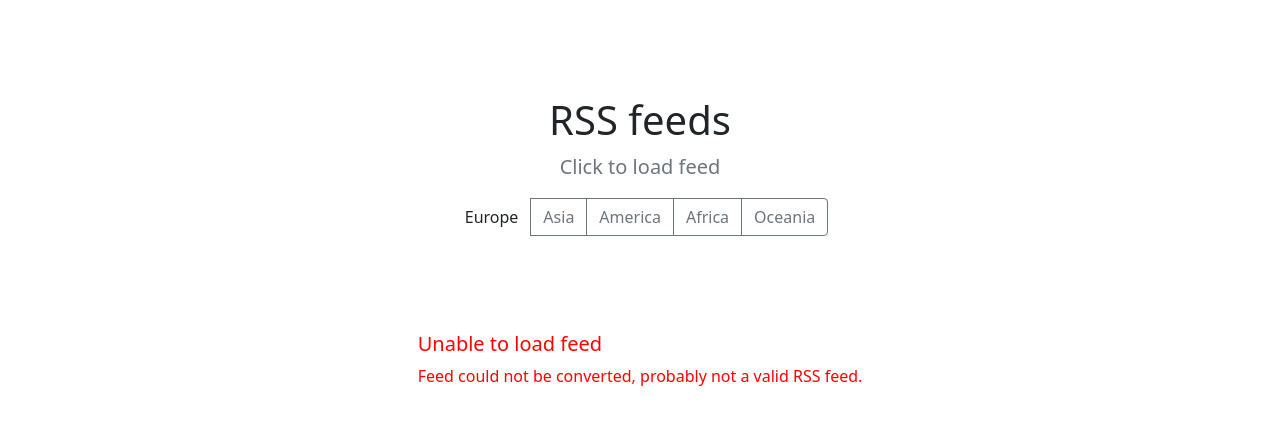
Repository: lilit1121/Templating-DOM-manipulation-and-data-processing
Page: americas.html
The author's editor kept a copy of each file at every save. The page is drawn from the files as they stood at one save, then again after a run of saves.
The browser window is 1280 px wide. The pictures show the whole page.
The page's requests for data from a server got no answer.

Above is the page before, as saved 2023-02-09 16:13:11.

### americas.html
<!DOCTYPE html>
<html lang="en">
   <head>
    <meta charset="UTF-8" />
    <meta http-equiv="X-UA-Compatible" content="IE=edge" />
    <meta name="viewport" content="width=device-width, initial-scale=1.0" />
    <link rel="stylesheet" href="styles.css" />
    <link
      href="https://cdn.jsdelivr.net/npm/bootstrap@5.0.2/dist/css/bootstrap.min.css"
      rel="stylesheet"
      integrity="sha384-EVSTQN3/azprG1Anm3QDgpJLIm9Nao0Yz1ztcQTwFspd3yD65VohhpuuCOmLASjC"
      crossorigin="anonymous"
    />
    <script
      src="https://cdn.jsdelivr.net/npm/bootstrap@5.0.2/dist/js/bootstrap.bundle.min.js"
      integrity="sha384-MrcW6ZMFYlzcLA8Nl+NtUVF0sA7MsXsP1UyJoMp4YLEuNSfAP+JcXn/tWtIaxVXM"
      crossorigin="anonymous"
    ></script>
    <title>Templating, DOM manipulation and data processing</title>
  </head>
  <body>
    <section class="py-5 text-center container">
      <div class="row py-lg-5">
        <div class="col-lg-6 col-md-8 mx-auto">
          <h1 class="fw-light">RSS feeds</h1>
          <p class="lead text-muted">Click to load feed</p>
          <div class="btn-group">
            <a href="./europe.html#" class="btn ">Europe</a>
            <a href="./asia.html#" class="btn btn-outline-secondary">Asia</a>
            <a href="./americas.html#" class="btn btn-outline-secondary"
              >America</a
            >
            <a href="./africa.html#" class="btn btn-outline-secondary"
              >Africa</a
            >
            <a href="./oceania.html#" class="btn btn-outline-secondary"
              >Oceania</a
            >
          </div>
        </div>
      </div>
    </section>


    <!-- Loading state UI -->
    <div id="loadding" class="visually-hidden">
      <svg
      xmlns="http://www.w3.org/2000/svg"
      xmlns:xlink="http://www.w3.org/1999/xlink"
      style="margin: auto; background: #fff; display: block"
      width="200px"
      height="200px"
      viewBox="0 0 100 100"
      preserveAspectRatio="xMidYMid"
    >
      <circle
        cx="50"
        cy="50"
        r="32"
        stroke-width="8"
        stroke="#416cff"
        stroke-dasharray="50.26548245743669 50.26548245743669"
        fill="none"
        stroke-linecap="round"
      >
        <animateTransform
          attributeName="transform"
          type="rotate"
          repeatCount="indefinite"
          dur="1s"
          keyTimes="0;1"
          values="0 50 50;360 50 50"
        ></animateTransform>
      </circle>
    </svg>
  </div>

    <!-- Error state UI -->
    <div id="error">
      <div>
      <h5>Unable to load feed</h5>
      <!-- Show error message, if applicable -->
      Feed could not be converted, probably not a valid RSS feed.<br />
    </div>
  </div>
    <!-- Pagination -->
    <div  id="main_container" class="container">
    <section class="py-5 text-center container">
      <div class="row py-lg-5">
        <nav>
          <ul class="pagination">
            <li class="page-item disabled">
              <a class="page-link">Previous</a>
            </li>
            <li class="page-item active">
              <a class="page-link" href="#">1</a>
            </li>
            <li class="page-item">
              <a class="page-link" href="#">2</a>
            </li>
            <li class="page-item"><a class="page-link" href="#">3</a></li>
            <li class="page-item">
              <a class="page-link" href="#">Next</a>
            </li>
          </ul>
        </nav>
      </div>
    </section>

      <!-- Feed (Show no more than 5 posts per page) -->
      <div
       id="content_section"
        class="row row-cols-1 row-cols-sm-2 row-cols-md-3 g-3"
      ></div>


    <!-- Pagination -->
    <section class="py-5 text-center container">
      <div class="row py-lg-5">
        <nav>
          <ul class="pagination">
            <li class="page-item disabled">
              <a class="page-link">Previous</a>
            </li>
            <li class="page-item active">
              <a class="page-link" href="#">1</a>
            </li>
            <li class="page-item">
              <a class="page-link" href="#">2</a>
            </li>
            <li class="page-item"><a class="page-link" href="#">3</a></li>
            <li class="page-item">
              <a class="page-link" href="#">Next</a>
            </li>
          </ul>
        </nav>
      </div>
    </div>
    </section>
    <script src="./script.js"></script>
  </body>
</html>

### styles.css

.card-text {
    display: -webkit-box;
    -webkit-box-orient: vertical;
    -webkit-line-clamp: 4;
    overflow: hidden;
  }
#error{
  display: none;
  justify-content: center;
  color: red;
}

### script.js
const main_container = document.getElementById("main_container");
const content_section = document.getElementById("content_section");
const page_item = document.querySelectorAll(".page-item");
const loadding = document.getElementById("loadding");
const error = document.getElementById("error");
let countriesData;
let sliceStart = 0;
let currentPage = 1;



page_item.forEach((el) => {
  el.addEventListener("click", (event) => {
    changePage(event);
  });
});

function changePage(e) {
  if (e.target.innerText === "Next" && sliceStart < 10) {
    sliceStart += 5;
    currentPage = (sliceStart - 5) / 5 + 2;
  } else if (e.target.innerText === "Previous" && sliceStart > 0) {
    sliceStart -= 5;
    currentPage = (sliceStart + 5) / 5;
  } else if (
    e.target.innerText === "1" ||
    e.target.innerText === "2" ||
    e.target.innerText === "3"
  ) {
    currentPage = +e.target.innerText;
    sliceStart = (+e.target.innerText - 1) * 5;
  }
  page_item.forEach((el) => {
    el.classList.remove("active");
    el.classList.remove("disabled");
    if (currentPage === +el.innerText) el.classList.add("active");
    else if (currentPage === 1 && el.innerText === "Previous")
      el.classList.add("disabled");
    else if (currentPage === 3 && el.innerText === "Next")
      el.classList.add("disabled");
  });
  showCountrys(countriesData, sliceStart);
}

function showCountrys(countriesData, sliceStart) {
  let countrys = countriesData.slice(sliceStart, sliceStart + 5);
  content_section.innerHTML = "";
  for (let i = 0; i < countrys.length; i++) {
    content_section.innerHTML += `<div id="content_section" class="col">
    <div class="card shadow-sm">
      <img src=${countrys[i].flags.png} />
      <div class="card-body">
        <h4>
          Country: ${countrys[i].name.official}
        </h4>
        <h5>
          Country: ${countrys[i].capital ? countrys[i].capital[0] : undefined}
        </h5>
        <p class="card-text">
          <small
            >Population: ${countrys[i].population}</small
          >
        </p>
        <p><a href="#">Read more &rarr;</a></p>
        <div class="d-flex justify-content-between align-items-center">
          <!-- Format date appropriately as per browser/device region format -->
          <small class="text-muted">Dec 10, 2021</small>
        </div>
      </div>
    </div>
    </div>  `;
  }
}

(async function getCountriesDataByRegion() {
  loadding.style.display = "contents";
  main_container.style.display = "none";
  await fetch(
    `https://restcountries.com/v3.1/region/${
      window.location.pathname.slice(1).split(".")[0]
    }`
  )
    .then((res) => res.json())
    .then((data) => {
      countriesData = data.slice(0, 15);
      showCountrys(countriesData, sliceStart);
      main_container.style.display = "block";
    })
    .catch(() => (error.style.display = "flex"));

  loadding.style.display = "none";
})();

After the next 2 saves:
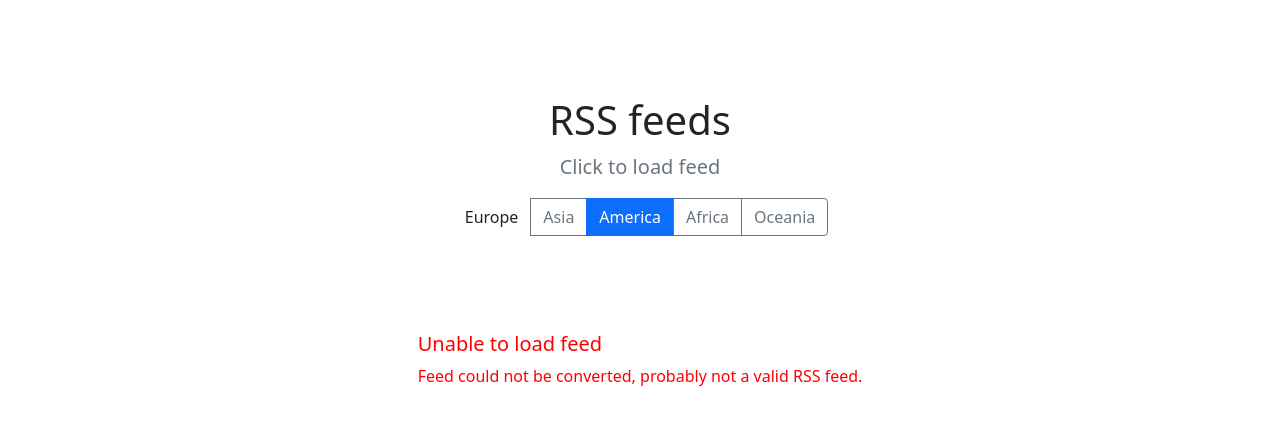
The 2 saves are shown as one change because they came seconds apart.
The last was saved 12 s later.
--- a/americas.html
+++ b/americas.html
@@ -27,7 +27,7 @@
           <div class="btn-group">
             <a href="./europe.html#" class="btn ">Europe</a>
             <a href="./asia.html#" class="btn btn-outline-secondary">Asia</a>
-            <a href="./americas.html#" class="btn btn-outline-secondary"
+            <a href="./americas.html#" class="btn btn-primary"
               >America</a
             >
             <a href="./africa.html#" class="btn btn-outline-secondary"
